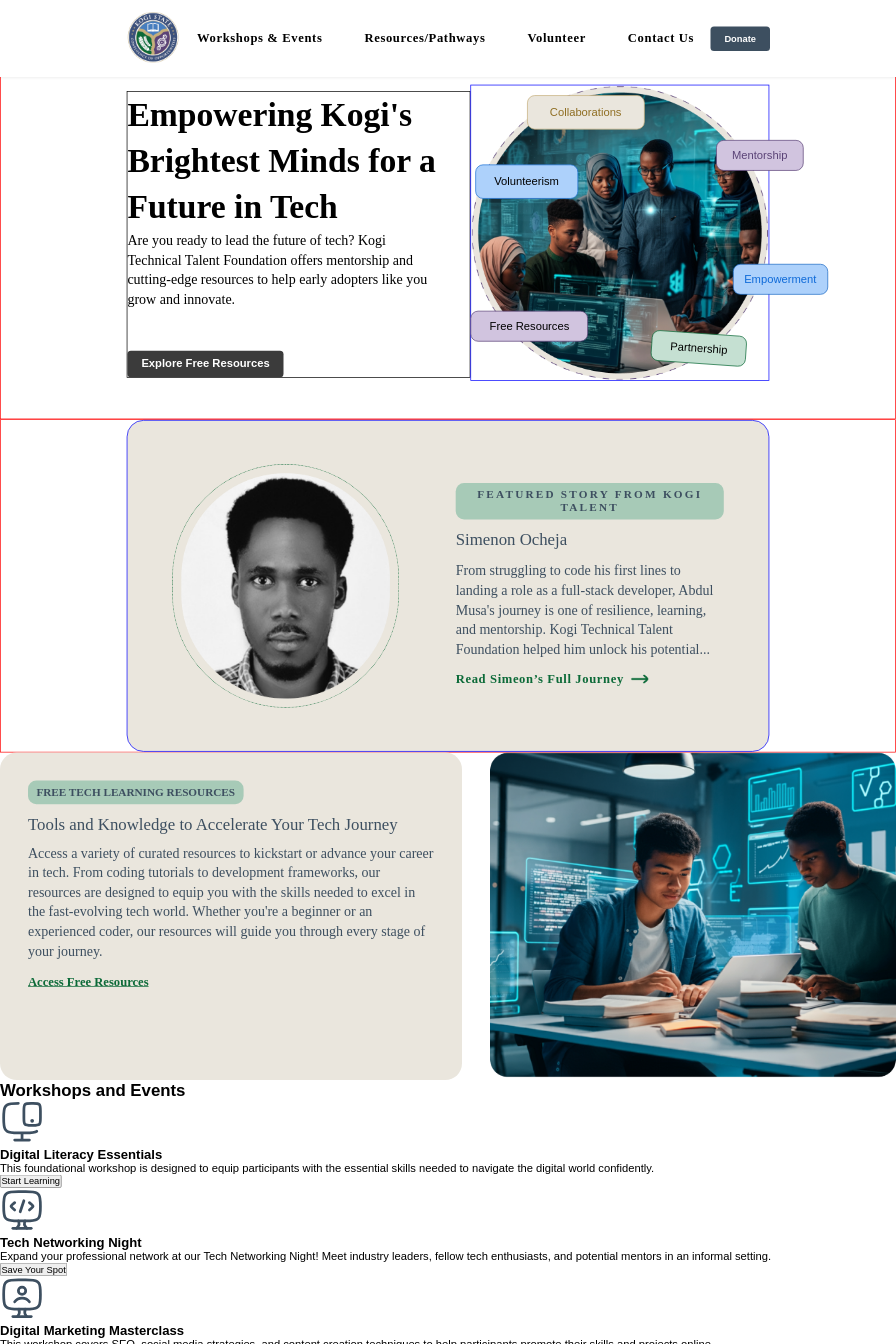
Repository: Cryptim/3MTT-Kogi-Foundation
Page: index.html
An editor plug-in stored every save of this project. The page is shown before and after the next save, followed by the edit.
The browser window is 1280 px wide. The pictures show the part of the page from y = 0 to 1920 px (the page is 5055 px tall), at 70% of full size.

Above is the page before, as saved 2024-11-15 01:55:16.

### index.html
<!DOCTYPE html>
<html lang="en">
  <head>
    <meta charset="UTF-8" />
    <meta name="viewport" content="width=device-width, initial-scale=1.0" />
    <title>Three Million Technical Talent Foundation</title>
    <link rel="stylesheet" href="stlyes/style.css" />
  </head>
  <body>
    <header class="header">
      <div class="logo">
        <img src="assets/images/logo.png" alt="Foundation Logo" />
      </div>
      <nav class="nav">
        <a href="#">Workshops & Events</a>
        <a href="#">Resources/Pathways</a>
        <a href="#">Volunteer</a>
        <a href="#">Contact Us</a>
      </nav>
      <div class="donate-button">
        <button>Donate</button>
      </div>
    </header>
    <!-- Hero sections -->
    <div class="padding hero-section">
      <div class="text-container">
        <h1>Empowering Kogi's Brightest Minds for a Future in Tech</h1>
        <p>
          Are you ready to lead the future of tech? Kogi Technical Talent
          Foundation offers mentorship and cutting-edge resources to help early
          adopters like you grow and innovate.
        </p>
        <div class="explore-button">
          <button>Explore Free Resources</button>
        </div>
      </div>
      <div class="image-container">
        <img
          src="assets/images/Frame 5.png"
          alt="Team working with technology"
        />
        <div class="tag tag-collaborations">Collaborations</div>
        <div class="tag tag-volunteerism">Volunteerism</div>
        <div class="tag tag-mentorship">Mentorship</div>
        <div class="tag tag-empowerment">Empowerment</div>
        <div class="tag tag-free-resources">Free Resources</div>
        <div class="tag tag-partnership">Partnership</div>
      </div>
    </div>
    <!-- Featured Story Section -->
    <div class="padding featuredStoryContainer">
      <div class="featuredStory"
      >
        <div  class="featuredStoryDottedImageLine"
        >
          <img class="featuredStoryImage"
            src="assets/images/Simeon ocheja 1.png"
            alt="Simenon Ocheja"
          />
        </div>
        <div
          style="width: 589px; display: flex; flex-direction: column; gap: 16px"
        >
          <div class="featuredStoryText"
            style="
              padding: 8px 12px;
              background: #a7cab7;
              border-radius: 12px;
              text-align: center;
            "
          >
            <span
              style="
                color: #3d4f60;
                font-size: 16px;
                font-family: Cascadia Code;
                font-weight: 600;
                text-transform: uppercase;
                letter-spacing: 3.2px;
              "
              >Featured Story from Kogi talent</span
            >
          </div>
          <h2
            style="
              color: #3d4f60;
              font-size: 24px;
              font-family: Cascadia Code;
              font-weight: 400;
            "
          >
            Simenon Ocheja
          </h2>
          <p
            style="
              width: 100%;
              color: #3d4f60;
              font-size: 20px;
              font-family: Cascadia Code;
              font-weight: 300;
              line-height: 28px;
              word-wrap: break-word;
            "
          >
            From struggling to code his first lines to landing a role as a
            full-stack developer, Abdul Musa's journey is one of resilience,
            learning, and mentorship. Kogi Technical Talent Foundation helped
            him unlock his potential...
          </p>
          <div style="display: flex; align-items: center; gap: 8px">
            <span
              style="
                color: #0c6a38;
                font-size: 18px;
                font-family: Cascadia Code;
                font-weight: 700;
                line-height: 27.2px;
                letter-spacing: 0.9px;
                word-wrap: break-word;
              "
              >Read Simeon’s Full Journey</span
            >
        <img src="./assets/images/icons/arrow-right-02.png" alt="arrow-right-02">
            </div>
          </div>
        </div>
      </div>
    </div>
    <!-- Free Tech Learning Resources Section -->
    <div style="display: flex; gap: 40px">
      <div
        style="flex: 1; padding: 40px; background: #eae6dd; border-radius: 24px"
      >
        <div
          style="
            padding: 8px 12px;
            background: #a7cab7;
            border-radius: 12px;
            display: inline-block;
          "
        >
          <span
            style="
              color: #3d4f60;
              font-size: 16px;
              font-family: Cascadia Code;
              font-weight: 600;
              text-transform: uppercase;
            "
            >Free Tech Learning Resources</span
          >
        </div>
        <h3
          style="
            color: #3d4f60;
            font-size: 24px;
            font-family: Cascadia Code;
            font-weight: 400;
            margin-top: 16px;
          "
        >
          Tools and Knowledge to Accelerate Your Tech Journey
        </h3>
        <p
          style="
            color: #3d4f60;
            font-size: 20px;
            font-family: Cascadia Code;
            font-weight: 300;
            line-height: 1.4;
            margin-top: 12px;
          "
        >
          Access a variety of curated resources to kickstart or advance your
          career in tech. From coding tutorials to development frameworks, our
          resources are designed to equip you with the skills needed to excel in
          the fast-evolving tech world. Whether you're a beginner or an
          experienced coder, our resources will guide you through every stage of
          your journey.
        </p>
        <a
          href="#"
          style="
            color: #0c6a38;
            font-size: 18px;
            font-family: Cascadia Code;
            font-weight: 700;
            display: inline-block;
            margin-top: 20px;
          "
          >Access Free Resources</a
        >
      </div>
      <div style="flex: 1">
        <img
          style="width: 100%; border-radius: 24px"
          src="assets/images/Resources image 1.png"
          alt="Tech Journey"
        />
      </div>
    </div>
    <!-- workshop section -->
    <section class="workshops-section">
      <h2>Workshops and Events</h2>
      <div class="workshops-container">
        <div class="workshop-card">
          <div class="icon">
            <img
              src="assets/images/computer-phone-sync.svg"
              alt="Digital Literacy Icon"
            />
          </div>
          <h3>Digital Literacy Essentials</h3>
          <p>
            This foundational workshop is designed to equip participants with
            the essential skills needed to navigate the digital world
            confidently.
          </p>
          <button>Start Learning</button>
        </div>
        <div class="workshop-card">
          <div class="icon">
            <img
              src="assets/images/computer-programming-01.svg"
              alt="Networking Icon"
            />
          </div>
          <h3>Tech Networking Night</h3>
          <p>
            Expand your professional network at our Tech Networking Night! Meet
            industry leaders, fellow tech enthusiasts, and potential mentors in
            an informal setting.
          </p>
          <button>Save Your Spot</button>
        </div>
        <div class="workshop-card">
          <div class="icon">
            <img
              src="assets/images/computer-video-call.svg"
              alt="Marketing Icon"
            />
          </div>
          <h3>Digital Marketing Masterclass</h3>
          <p>
            This workshop covers SEO, social media strategies, and content
            creation techniques to help participants promote their skills and
            projects online.
          </p>
          <button>Join the Masterclass</button>
        </div>
      </div>
    </section>
    <!--  Event section-->
    <section class="events-section">
      <h2>Upcoming Events</h2>
      <div class="events-container">
        <div class="event-card">
          <img
            src="assets/images/cloud-african 1.png"
            alt="Cloud Computing Workshop"
          />
          <h3>Getting Started with Cloud Computing: A Beginner's Guide</h3>
          <p>
            This introductory workshop will guide you through the fundamentals
            of cloud computing.
          </p>
          <div class="event-info">
            <span class="event-date"
              ><img
                src="assets/images/calendar-01.svg"
                alt="Calendar Icon"
                class="icon"
              />
              December 5, 2024</span
            >
            <span class="event-time"
              ><img
                src="assets/images/alarm-clock.svg"
                alt="Clock Icon"
                class="icon"
              />
              10:00 AM - 12:00 PM</span
            >
          </div>
        </div>
        <div class="event-card">
          <img
            src="assets/images/digital marketing.png"
            alt="Social Media for Entrepreneurs"
          />
          <h3>Mastering Social Media for Digital Entrepreneurs</h3>
          <p>
            Discover content creation strategies, audience engagement
            techniques, and more.
          </p>
          <div class="event-info">
            <span class="event-date"
              ><img
                src="assets/images/calendar-01.svg"
                alt="Calendar Icon"
                class="icon"
              />
              December 5, 2024</span
            >
            <span class="event-time"
              ><img
                src="assets/images/alarm-clock.svg"
                alt="Clock Icon"
                class="icon"
              />
              10:00 AM - 12:00 PM</span
            >
          </div>
        </div>
        <div class="event-card">
          <img
            src="assets/images/python.png"
            alt="Python Programming Workshop"
          />
          <h3>Intro to Python Programming: Building Your First App</h3>
          <p>
            This online workshop is perfect for beginners looking to learn
            Python programming.
          </p>
          <div class="event-info">
            <span class="event-date"
              ><img
                src="assets/images/calendar-01.svg"
                alt="Calendar Icon"
                class="icon"
              />
              December 5, 2024</span
            >
            <span class="event-time"
              ><img
                src="assets/images/alarm-clock.svg"
                alt="Clock Icon"
                class="icon"
              />
              10:00 AM - 12:00 PM</span
            >
          </div>
        </div>
      </div>
    </section>
    <!-- Mentor section -->
    <section class="mentors-section">
      <h2>Meet Our Mentors and Contributors</h2>
      <p>
        Meet Our MAt the heart of the Kogi Technical Talent Foundation is a
        dedicated team of mentors and contributors who are passionate about
        sharing their knowledge and expertise. Our mentors come from diverse
        backgrounds in technology, entrepreneurship, and innovation, providing
        invaluable guidance to help you navigate your career journey. Whether
        you're looking to enhance your coding skills, explore new fields like
        digital marketing, or get advice on launching your own tech startup, our
        mentors are here to support you.
      </p>
      <a href="#" class="explore-link">Explore Our Mentor’s Profile →</a>
      <div class="mentors-container">
        <div class="mentor-card">
          <img src="assets/images/Frame 19.png" alt="Omachoko Arome" />
          <h3>Omachoko Arome</h3>
        </div>
        <div class="mentor-card">
          <img src="assets/images/Frame 20.png" alt="Marian Musa" />
          <h3>Marian Musa</h3>
        </div>
        <div class="mentor-card">
          <img src="assets/images/Frame 21.png" alt="Ismaila Omeiza" />
          <h3>Ismaila Omeiza</h3>
        </div>
        <div class="mentor-card">
          <img src="assets/images/Frame 22.png" alt="Timothy Ignatius" />
          <h3>Timothy Ignatius</h3>
        </div>
      </div>
    </section>
    <!-- Footer -->
    <section>
      <div class="Partners">
        <div class="OurPartners">Our Partners</div>
        <div class="Frame23">
          <div class="NitdaLogo">
            <img
              class="NitdaLogoNewest1RemovebgPreview"
              style="width: 232.86px; height: 113.82px"
              src="https://via.placeholder.com/233x114"
            />
          </div>
          <div class="NitdaLogo">
            <img
              class="MttRemovebgPreview"
              style="width: 232.86px; height: 113.82px"
              src="https://via.placeholder.com/233x114"
            />
          </div>
          <div class="NitdaLogo">
            <img
              class="KogiLogo"
              style="width: 232.86px; height: 113.82px"
              src="https://via.placeholder.com/233x114"
            />
          </div>
          <div class="NitdaLogo">
            <img
              class="MistLogoRemovebgPreview"
              style="width: 232.86px; height: 113.82px"
              src="https://via.placeholder.com/233x114"
            />
          </div>
        </div>
      </div>

      <div class="Footer">
        <div class="Frame24">
          <img class="KogiLogo1" src="https://via.placeholder.com/78x78" />
          <div class="EmpoweringKogiSBrightestMindsForAFutureInTech">
            Empowering Kogi's Brightest Minds for a Future in Tech
          </div>
        </div>

        <div class="NavigataionMenu">
          <div class="Workshops">
            <div class="QuickLinks">Quick Links</div>
          </div>
          <div class="Workshops">
            <div class="WorkshopsEvents">Workshops & Events</div>
          </div>
          <div class="Resources">
            <div class="ResourcesPathways">Resources/Pathways</div>
          </div>
          <div class="Volunteer">
            <div>Volunteer</div>
          </div>
          <div class="ContactUs">
            <div>Contact Us</div>
          </div>
        </div>

        <div class="Frame25">
          <div class="Donate">
            <div>Donate Now</div>
          </div>
          <div class="ContactUs">
            <div class="ConnectWithUs">Connect with Us</div>
          </div>
          <div class="Frame26">
            <div class="Facebook02">
              <div class="Vector"></div>
            </div>
            <div class="NewTwitter">
              <div class="Vector"></div>
            </div>
            <div class="Linkedin02">
              <div class="Vector"></div>
              <div class="Vector"></div>
              <div class="Vector"></div>
            </div>
            <div class="Instagram">
              <div class="Vector"></div>
              <div class="Vector"></div>
              <div class="Vector"></div>
            </div>
          </div>
        </div>
      </div>

      <div class="Frame27">
        <div
          class="AllRightsReserved3mttFellowBiweeklyBuildWithAFellowChallenge2024"
        >
          All rights reserved 3MTT Fellow Biweekly Build With a Fellow Challenge
          ©2024
        </div>
      </div>
    </section>
  </body>
</html>

Loaded but not shown: stlyes/style.css (830 lines, source omitted)

After the next save:
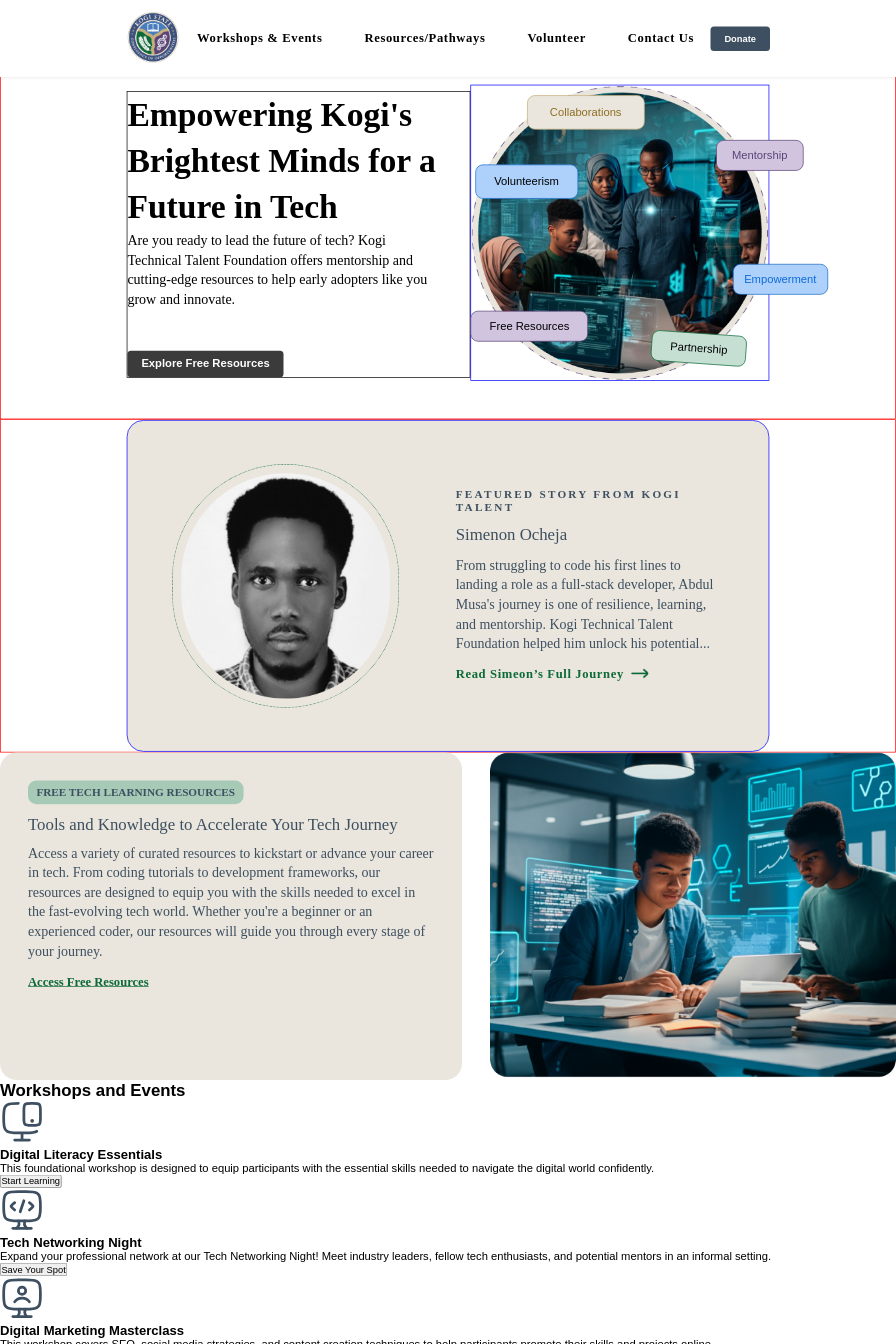
Saved 4 s later.
--- a/index.html
+++ b/index.html
@@ -63,10 +63,7 @@
         >
           <div class="featuredStoryText"
             style="
-              padding: 8px 12px;
-              background: #a7cab7;
-              border-radius: 12px;
-              text-align: center;
+
             "
           >
             <span
